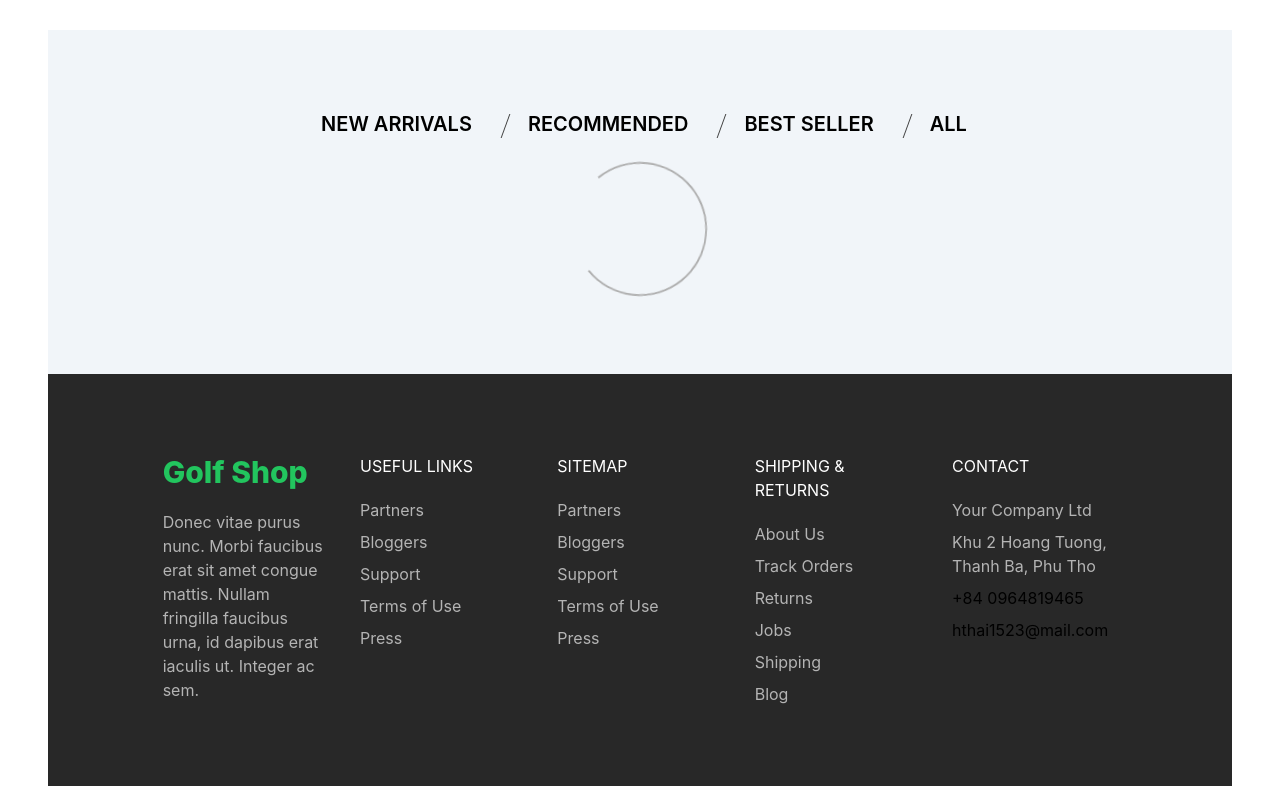
Repository: hthai1523/ecommerce-website
Page: /
The author's editor kept a copy of each file at every save. The page is drawn from the files as they stood at one save, then again after the next save.
The browser window is 1280 px wide. The pictures show the part of the page from y = 2578 to 3364 px (the page is 3364 px tall).
The page's requests for data from a server got no answer. The project was rebuilt for these pictures with package versions that can differ from the ones it lists, and the page was loaded fresh each time. No one was signed in, and anything a server would have sent is missing. Also part of the build but not shown: src/components/Card/index.jsx, src/components/ProductItem/index.jsx, src/components/ProductItemSearch/index.jsx, src/components/Popper/Menu/MenuItem.jsx, src/components/Popper/Menu/Header.jsx, src/components/Popper/Menu/index.jsx, src/components/Layout/LoginLayout/index.jsx, src/components/Layout/RegisterLayout/index.jsx and 15 more. Imported but missing from the stored project, and not drawn on this page: src/components/Layout/components/BlogFeaturePosts.

Above is the page before, as saved 2024-06-06 15:27:55.

### public/index.html
<!DOCTYPE html>
<html lang="en">
  <head>
    <meta charset="utf-8" />
    <link rel="icon" href="%PUBLIC_URL%/favicon.ico" />
    <meta name="viewport" content="width=device-width, initial-scale=1" />
    <meta name="theme-color" content="#000000" />
    <meta
      name="description"
      content="Web site created using create-react-app"
    />
    <link rel="apple-touch-icon" href="%PUBLIC_URL%/logo192.png" />
    <!--
      manifest.json provides metadata used when your web app is installed on a
      user's mobile device or desktop. See https://developers.google.com/web/fundamentals/web-app-manifest/
    -->
    <link rel="manifest" href="%PUBLIC_URL%/manifest.json" />
    <!--
      Notice the use of %PUBLIC_URL% in the tags above.
      It will be replaced with the URL of the `public` folder during the build.
      Only files inside the `public` folder can be referenced from the HTML.

      Unlike "/favicon.ico" or "favicon.ico", "%PUBLIC_URL%/favicon.ico" will
      work correctly both with client-side routing and a non-root public URL.
      Learn how to configure a non-root public URL by running `npm run build`.
    -->
    <title>Golf Ecommerce</title>
  </head>
  <body>
    <noscript>You need to enable JavaScript to run this app.</noscript>
    <div id="root"></div>
    <!--
      This HTML file is a template.
      If you open it directly in the browser, you will see an empty page.

      You can add webfonts, meta tags, or analytics to this file.
      The build step will place the bundled scripts into the <body> tag.

      To begin the development, run `npm start` or `yarn start`.
      To create a production bundle, use `npm run build` or `yarn build`.
    -->
  </body>
</html>

### src/App.jsx
import React, {Fragment} from "react";
import { BrowserRouter as Router, Routes, Route } from "react-router-dom";
import {publicRoutes} from './routes'
import {DefaultLayout} from './components/Layout';

import {AuthProvider} from './contexts/authContext';
import {CartProvider} from './contexts/CartContext';

function App() {
  return (
    <AuthProvider>
      <CartProvider>
      <Router>
        <div>
          <Routes>
          {publicRoutes.map((route, index) => {
                          const Page = route.component;
                          let Layout = DefaultLayout;

                          if (route.layout) {
                              Layout = route.layout;
                          } else if (route.layout === null) {
                              Layout = Fragment;
                          }

                          return (
                              <Route
                                  key={index}
                                  path={route.path}
                                  element={
                                      <Layout>
                                          <Page />
                                      </Layout>
                                  }
                              />
                          );
                      })}
          </Routes>
        </div>
      </Router>
      </CartProvider>
    </AuthProvider>
  )
}

export default App;

### src/index.css
@tailwind base;
@tailwind components;
@tailwind utilities;

@import url("https://fonts.googleapis.com/css2?family=Inter:wght@100..900&family=Noto+Sans:ital@0;1&display=swap");

:root {
  --search-button-width: 66px;
  --search-height: 45px;
  --search-top-space: 8px;
}

body {
  background-color: #fff;
  font-family: "Inter", sans-serif;
  scroll-behavior: smooth;
}

.bg-primary-color {
  @apply bg-gradient-to-br from-green-400 to-[#c6dad0];
}

.green-primary-color {
  @apply bg-gradient-to-b from-white to-[#008000] bg-clip-text font-bold text-transparent;
}

button,
input,
[tabindex] {
  outline: none;
  border: none;
}

a[href] {
  color: #000;
  text-decoration: none;
}

hr{
  max-width: 100%;
  width: 90%;
  border: 1px solid #000;
  color: red;
}



.search {
  width: 360px;
  height: 45px;
  background-color: #1618230f;
  border-radius: 24px;
  padding-left: 16px;
  display: flex;
  position: relative;
  border: 1.5px solid transparent;
}

.search:focus-within {
  border-color: #16182333;
}

.search::after {
  content: "";
  display: block;
  position: absolute;
  right: var(--search-button-width);
  background-color: rgba(22, 24, 35, 0.12);
  width: 0.83px;
  height: calc(var(--search-height) - 18px);
  top: var(--search-top-space);
}

.search input:not(:placeholder-shown) ~ .search-btn {
  color: #60616a;
}

.loading {
  animation: spinner 0.8s linear infinite;
}

@keyframes spinner {
  from {
      transform: translateY(-50%) rotate(0);
  }

  to {
      transform: translateY(-50%) rotate(360deg);
  }
}

### src/routes/index.jsx
import routesConfig from ".././config/route";

// Header only

import Home from ".././pages/Home";
import Login from ".././pages/Login";
import Register from ".././pages/Register";
import Product from ".././pages/Product";
import Blog from ".././pages/Blog";
import About from ".././pages/About";
import ProductDetail from '.././pages/ProductDetail';
import Cart from '.././pages/Cart';

import ProductListLayout from "../components/Layout/ProductListLayout";


const publicRoutes = [
  { path: routesConfig.home, component: Home },
  { path: '/ecommerce-website', component: Home },
  { path: routesConfig.product, component: Product, layout: ProductListLayout },
  { path: routesConfig.blog, component: Blog },
  { path: routesConfig.about, component: About },
  { path: routesConfig.productDetail, component: ProductDetail },
  { path: routesConfig.cart, component: Cart },
  { path: routesConfig.login, component: Login ,  layout: null },
  { path: routesConfig.register, component: Register, layout: null },
];

const privateRoutes = [];

export { publicRoutes, privateRoutes };

### src/components/Layout/index.jsx
export {default as DefaultLayout} from './DefaultLayout'
export {default as LoginLayout} from './LoginLayout'
export {default as RegisterLayout} from './RegisterLayout'

### src/contexts/authContext/index.jsx
import React, { useEffect, useState, useContext } from "react";
import { auth } from "../../Firebase/Firebase.js";
import { onAuthStateChanged } from "firebase/auth";

const AuthContext = React.createContext();

export function useAuth() {
  return useContext(AuthContext);
}

export function AuthProvider({ children }) {
  const [currentUser, setCurrentUser] = useState(null);
  const [userLoggedIn, setUserLoggedIn] = useState(false);
  const [loading, setLoading] = useState(true);

  useEffect(() => {
    const unsubcribe = onAuthStateChanged(auth, initializeUser);

    return unsubcribe;
  }, []);

  async function initializeUser(user) {
    if (user) {
      setCurrentUser({ ...user });
      setUserLoggedIn(true);
    } else {
      setCurrentUser(null);
      setUserLoggedIn(false);
    }
    setLoading(false);
  }

  const value = {
    currentUser,
    userLoggedIn,
    loading,
  };

  return (
    <AuthContext.Provider value={value}>
      {!loading && children}
    </AuthContext.Provider>
  );
}

### src/config/route.jsx
const routes = {
    home: '/',
    login: '/login',
    register: '/register',
    product: '/product',
    blog: '/blog',
    about: '/about',
    productDetail: '/productDetail/:id',
    cart: '/cart',
}

export default routes;

### src/pages/Home/index.jsx
import { memo } from "react";
import Content from "../../components/Layout/components/Content";
import Slider from "../../components/Slider";
import { MotionDiv } from "../../lib/framer";
function Home() {

  (function () {
    window.scrollTo(0, 0);
  })();

  return (
    <>
      <MotionDiv initial={{ opacity: 0, y: 40 }} animate={{ opacity: 1, y: 0 }}>
        <Slider />
        <Content />
      </MotionDiv>
    </>
  );
}

export default memo(Home);

### src/components/Layout/DefaultLayout/index.jsx
import React from "react";
import Header from "../components/Header";
import { MotionDiv } from "../../../lib/framer";
import { motion } from "framer-motion";
import Footer from "../components/Footer";
function DefaultLayout({ children }) {
  return (
    <div className="flex flex-col items-center justify-center px-12 pt-7 overflow-y-auto">
      <Header />
      <div className="w-full">
        <MotionDiv
          initial={{ opacity: 0, y: 40 }}
          animate={{ opacity: 1, y: 0 }}
        >
          {children}
        </MotionDiv>
      </div>
      <Footer />
    </div>
  );
}

export default DefaultLayout;

### src/components/Layout/components/Content/index.jsx
import Arrivals from "../Arrivals";
import Blog from "../Blog";
import PreProduct from "../PreProduct";

function Content() {
  return (
    <>
      <Arrivals />
      <Blog />
      <PreProduct />
    </>
  );
}

export default Content;

### src/components/Slider/index.jsx
import React, { useEffect, useState, useRef, memo } from "react";
import { BsChevronCompactLeft, BsChevronCompactRight } from "react-icons/bs";
import { RxDotFilled } from "react-icons/rx";
import image from "../../assets";  // Assuming image imports are correct.

function Slider() {
  const slides = [
    { url: image.slide2 },
    { url: image.slide1 },
    { url: image.slide4 },
    { url: image.slide5 },
    { url: image.slide3 },
  ];

  const [currentIndex, setCurrentIndex] = useState(0);
  const timeoutRef = useRef(null);

  useEffect(() => {
    const nextSlide = () => {
      setCurrentIndex((prevIndex) => (prevIndex === slides.length - 1 ? 0 : prevIndex + 1));
    };
    timeoutRef.current = setTimeout(nextSlide, 4000);

    return () => clearTimeout(timeoutRef.current);
  }, [currentIndex, slides.length]);

  const prevSlide = () => {
    setCurrentIndex((prevIndex) => (prevIndex === 0 ? slides.length - 1 : prevIndex - 1));
  };

  const nextSlide = () => {
    setCurrentIndex((prevIndex) => (prevIndex === slides.length - 1 ? 0 : prevIndex + 1));
  };

  const goToSlide = (index) => {
    setCurrentIndex(index);
  };

  return (
    <div className="w-full h-[500px] md:h-[700px] lg:h-[1000px] py-16 relative top-3">
      <div
        style={{ backgroundImage: `url(${slides[currentIndex].url})` }}
        className="w-full h-full bg-center bg-contain bg-no-repeat md:bg-cover lg:bg-cover duration-500 group-hover:block"
      ></div>

      {/* Left arrow */}
      <div
        className="hidden group-hover:block absolute top-1/2 left-5 transform -translate-y-1/2 text-2xl rounded-full p-2 bg-black/20 text-white cursor-pointer"
        onClick={prevSlide}
      >
        <BsChevronCompactLeft size={30} />
      </div>

      {/* Right arrow */}
      <div
        className="hidden group-hover:block absolute top-1/2 right-5 transform -translate-y-1/2 text-2xl rounded-full p-2 bg-black/20 text-white cursor-pointer"
        onClick={nextSlide}
      >
        <BsChevronCompactRight size={30} />
      </div>

      {/* Dots navigation */}
      <div className="flex justify-center py-2">
        {slides.map((_, index) => (
          <div
            key={index}
            onClick={() => goToSlide(index)}
            className={`text-2xl cursor-pointer ${index === currentIndex ? 'text-black' : 'text-gray-400'}`}
          >
            <RxDotFilled />
          </div>
        ))}
      </div>
    </div>
  );
}

export default memo(Slider);

### src/components/Layout/components/Footer/index.jsx
import { Link } from "react-router-dom";
import routeConfig from "../../../../config/route";

function Footer() {
  return (
    <section className="bg-[rgb(40,40,40)] w-full pt-20 pb-10">
      <div className="container mx-auto flex flex-wrap justify-center">
        <div className="w-full lg:w-2/12 md:w-4/12 sm:w-6/12 px-4 mb-10 space-y-5">
          <Link to={routeConfig.home}>
            <div className="text-left text-3xl font-extrabold text-green-500">
              <h1>Golf Shop</h1>
            </div>
          </Link>
          <p className="text-[#b4b4b4]">
            Donec vitae purus nunc. Morbi faucibus erat sit amet congue mattis.
            Nullam fringilla faucibus urna, id dapibus erat iaculis ut. Integer
            ac sem.
          </p>
        </div>
        <div className="w-full lg:w-2/12 md:w-4/12 sm:w-6/12 px-4 mb-10 space-y-5">
          <h6 className="text-white uppercase">Useful Links</h6>
          <ul className="text-[#b4b4b4] space-y-2">
            <li>Partners</li>
            <li>Bloggers</li>
            <li>Support</li>
            <li>Terms of Use</li>
            <li>Press</li>
          </ul>
        </div>
        <div className="w-full lg:w-2/12 md:w-4/12 sm:w-6/12 px-4 mb-10 space-y-5">
          <h6 className="text-white uppercase">Sitemap</h6>
          <ul className="text-[#b4b4b4] space-y-2">
            <li>Partners</li>
            <li>Bloggers</li>
            <li>Support</li>
            <li>Terms of Use</li>
            <li>Press</li>
          </ul>
        </div>
        <div className="w-full lg:w-2/12 md:w-4/12 sm:w-6/12 px-4 mb-10 space-y-5">
          <h6 className="text-white uppercase">Shipping & Returns</h6>
          <ul className="text-[#b4b4b4] space-y-2">
            <li>About Us</li>
            <li>Track Orders</li>
            <li>Returns</li>
            <li>Jobs</li>
            <li>Shipping</li>
            <li>Blog</li>
          </ul>
        </div>
        <div className="w-full lg:w-2/12 md:w-4/12 sm:w-6/12 px-4 mb-10 space-y-5">
          <h6 className="text-white uppercase">Contact</h6>
          <ul className="text-[#b4b4b4] space-y-2">
            <li>Your Company Ltd</li>
            <li className="capitalize">Khu 2 Hoang Tuong, Thanh Ba, Phu Tho</li>
            <li>
              <a className="text-white" href="tel:0964819465">+84 0964819465</a>
            </li>
            <li>
              <a className="text-white" href="mailto:hthai1523@mail.com">hthai1523@mail.com</a>
            </li>
          </ul>
        </div>
      </div>
    </section>
  );
}

export default Footer;

### src/components/Image/index.jsx
import { forwardRef, useState } from 'react';
import images from '../../assets';

const defaultFn = () => {}

const Image = forwardRef(({ src, alt, className, style, fallback: customFallback = images.noImage, children, onClick = defaultFn}, ref) => {
    const [fallback, setFallback] = useState('');

    const handleError = () => {
        setFallback(customFallback);
    };

    return (
        // eslint-disable-next-line jsx-a11y/alt-text
        <>
            <img
                className={className}
                ref={ref}
                src={fallback || src}
                alt={alt}
                onClick={onClick}
                onError={handleError}
                style={style}
            />
            {children}
        </>
    );
});

export default Image;

### src/components/Button/index.jsx
import { NavLink } from "react-router-dom";

const defaultFN = () => {}

function Button({
  children,
  to,
  href,
  icon = false,
  style,
  onClick = defaultFN ,
  separate = false,
  extraClassName = '',
  isPrimary = false,
  isSecondary = false,
  ...passProps
}) {
  let Comp = "button";

  const props = {
    style,
    ...passProps,
  };

  if (to) {
    props.to = to;
    Comp = NavLink;
  } else if (href) {
    props.href = href;
    Comp = "a";
  }

  return (

      <Comp
        className={`px-6 py-4 bg-transparent cursor-pointer hover:opacity-55 font-semibold text-xl ${extraClassName} `}
        onClick = {onClick}
        {...props}
      >
        {icon && <span className="text-3xl">{icon}</span>}
        {children && <span className="ml-2">{children}</span>}
        {separate && <div className="absolute h-6 w-[1px] right-[-10px] top-5 bg-[#414141] skew-x-[-20deg]  "></div>}
      </Comp>

  );
}

export default Button;

### src/components/Layout/components/Header/index.jsx
import Tippy from "@tippyjs/react";

import Search from "../../../Search";

import { Navigation } from "../Navigation";
import routeConfig from '../../../../config/route';
import { Link } from "react-router-dom";

function Header() {


  return (
    <div className="max-w-[999999px] w-full h-24 fixed z-40 top-0 bg-white/50 backdrop-blur-xl fil px-8  ">
      <div className=" flex items-center justify-between  ">
        <Link
          to={routeConfig.home}
        >
          <div className="w-[210px] px-4  text-left text-3xl font-extrabold green-primary-color"><h1>Gofl Shop</h1></div>
        </Link>

        {/* Search */}
        <Search />

        <Navigation />
      </div>
    </div>
  );
}

export default Header;

### src/components/Layout/components/Arrivals/index.jsx
import { Link } from "react-router-dom";
import Card from "../../../Card";
import { useEffect, useState } from "react";
import { Swiper, SwiperSlide } from "swiper/react";
import { FreeMode, Pagination } from "swiper/modules";
import "swiper/css";
import "swiper/css/pagination";
import "swiper/css/free-mode";
import routeConfig from "../../../../config/route";
import ClipLoader from "react-spinners/ClipLoader";
import getAllProductServices from "../../../../services/getAllProductServices";

function Arrivals() {
  const [products, setProducts] = useState([]);
  const [isLoading, setIsLoading] = useState(false);

  useEffect(() => {
    const fetchData = async () => {
      try {
        setIsLoading(true);
        const rs = await getAllProductServices();
        setProducts(rs.slice(0, 6));
        setIsLoading(false);
      } catch (error) {
        setIsLoading(true);
        console.error(error);
      }
    };

    fetchData();
  }, []);

  return (
    <div className="w-full min-h-[820px] py-16 bg-slate-100 flex flex-col items-center justify-center">
      <h2 className="text-2xl font-bold py-10">NEW ARRIVALS</h2>
      {isLoading ? (
        <ClipLoader
          color={"#ADADAD"}
          loading={isLoading}
          size={150}
          aria-label="Loading Spinner"
          data-testid="loader"
        />
      ) : (
        <Swiper
          breakpoints={{
            340: {
              slidesPerView: 1,
              spaceBetween: 10,
            },
            640: {
              slidesPerView: 2,
              spaceBetween: 15,
            },
            1024: {
              slidesPerView: 4,
              spaceBetween: 7,
            },
          }}
          freeMode={true}
          pagination={{
            clickable: true,
          }}
          modules={[FreeMode, Pagination]}
          className="w-full max-w-[90%] lg:max-w-[80%] px-2"
        >
          {products.map((product) => (
            <SwiperSlide key={product.id}>
              <Card data={product} />
            </SwiperSlide>
          ))}
        </Swiper>
      )}

      <Link to={routeConfig.product}>
        <div className="mt-10 text-center font-medium text-sm cursor-pointer transition-all border-2 border-solid rounded-md border-primary text-primary py-3 px-5 hover:bg-primary hover:text-white">
          <span>View more</span>
        </div>
      </Link>
    </div>
  );
}

export default Arrivals;

### src/components/Layout/components/Blog/index.jsx
import BlogContainer from "../../../BlogContainer";

function Blog() {
  return (
    // just 2 stories per page
    <div className="flex justify-center m-5 w-full">
        <BlogContainer >This is my story</BlogContainer>
        <BlogContainer >This is my story</BlogContainer>
    </div>
  );
}

export default Blog;

### src/components/CategorySelector/index.jsx
import React from "react";
import { FaChevronRight } from "react-icons/fa6";
import { TbShirtSport } from "react-icons/tb";

import { PiBaseballCapDuotone, PiPantsDuotone } from "react-icons/pi";

const dataArray = [
  { icon: <TbShirtSport />, text: "Shirt" },
  { icon: <PiBaseballCapDuotone />, text: "Cap" },
  { icon: <PiPantsDuotone />, text: "Pants" },
  // Add more items to your array as needed
];

export default function CategorySelector() {
  return (
    <div className="py-10 px-[30px] border botder-[#E2E2E2]">
      <div className="border-l-4 border-l-black mb-6">
        <h1 className="font-bold text-xl pl-4 ">Category</h1>
      </div>
      <div className="flex flex-col space-y-4">
        {dataArray.map((item, index) => (
          <div
            className="flex items-center justify-between cursor-pointer hover:bg-[#EEE] p-2 "
            key={index}
          >
            <div className="flex items-center gap-3 text-xl">
              <div className="text-2xl">{item.icon}</div>
              <span className="">{item.text}</span>
            </div>
            <div className="p-3">
              <FaChevronRight />
            </div>
          </div>
        ))}
      </div>
    </div>
  );
}

### src/components/BlogContainer/index.jsx
import Image from "../Image";

function BlogContainer({ children }) {
  return (
        <div className="w-[700px] h-[700px] m-[10px] overflow-hidden cursor-pointer boder border-stone-900 text-center rounded-2xl relative">
          <Image
            className="w-full h-full object-cover "
            src="https://observer.com/wp-content/uploads/sites/2/2019/06/gettyimages-117917908.jpg?resize=970,1310"
            alt="story-1"
          />
           <p className="absolute top-[50%] left-[50%] translate-y-[-50%] translate-x-[-50%] text-6xl text-white font-black " >{children}</p>
        </div>
  );
}

export default BlogContainer;

### src/components/Popper/index.jsx
export {default as Wrapper}from './Wrapper.jsx'

### src/components/Popper/Notice/index.jsx
function Notice({ children }) {
  return (
    <span className="absolute r-0 top-5 rounded-[50%] bg-primary-color text-emerald-700 text-center font-medium p-1 cursor-pointer">
      {children}
    </span>
  );
}

export default Notice;

### src/components/Popper/Wrapper.jsx
function Wrapper({children, className = ''}) {
    return (
        <div className="flex flex-col w-full rounded-[8px] min-h-100 bg-white pt-2 shadow-2xl overflow-hidden"
        style={{ maxHeight: "calc(-156px + 100vh)", maxWidth: "760px" }}>
            {children}
        </div>
     );
}

export default Wrapper;

Loaded but not shown: src/reportWebVitals.js (common file); src/lib/framer.js (common file); src/contexts/CartContext.js (66 lines, source omitted); src/Firebase/auth.js (43 lines, source omitted); src/Firebase/Firebase.js (18 lines, source omitted); src/index.js (16 lines, source omitted); src/hooks/useDebounce.js (16 lines, source omitted); tailwind.config.js (17 lines, source omitted); src/assets/index.js (10 lines, source omitted); src/services/searchServices.js (15 lines, source omitted); src/services/getAllProductServices.js (13 lines, source omitted); src/function/index.js (4 lines, source omitted); src/function/formatCurrentcy.js (8 lines, source omitted); src/function/sortProductDate.js (7 lines, source omitted); src/function/sortProductCount.js (5 lines, source omitted); src/function/sortProductRate.js (5 lines, source omitted); src/constant/index.js (5 lines, source omitted); src/hooks/index.js (2 lines, source omitted); src/components/Search/index.jsx (128 lines, source omitted); src/components/Layout/components/Navigation/index.jsx (120 lines, source omitted); src/components/Layout/components/PreProduct/index.jsx (106 lines, source omitted)

After the next save:
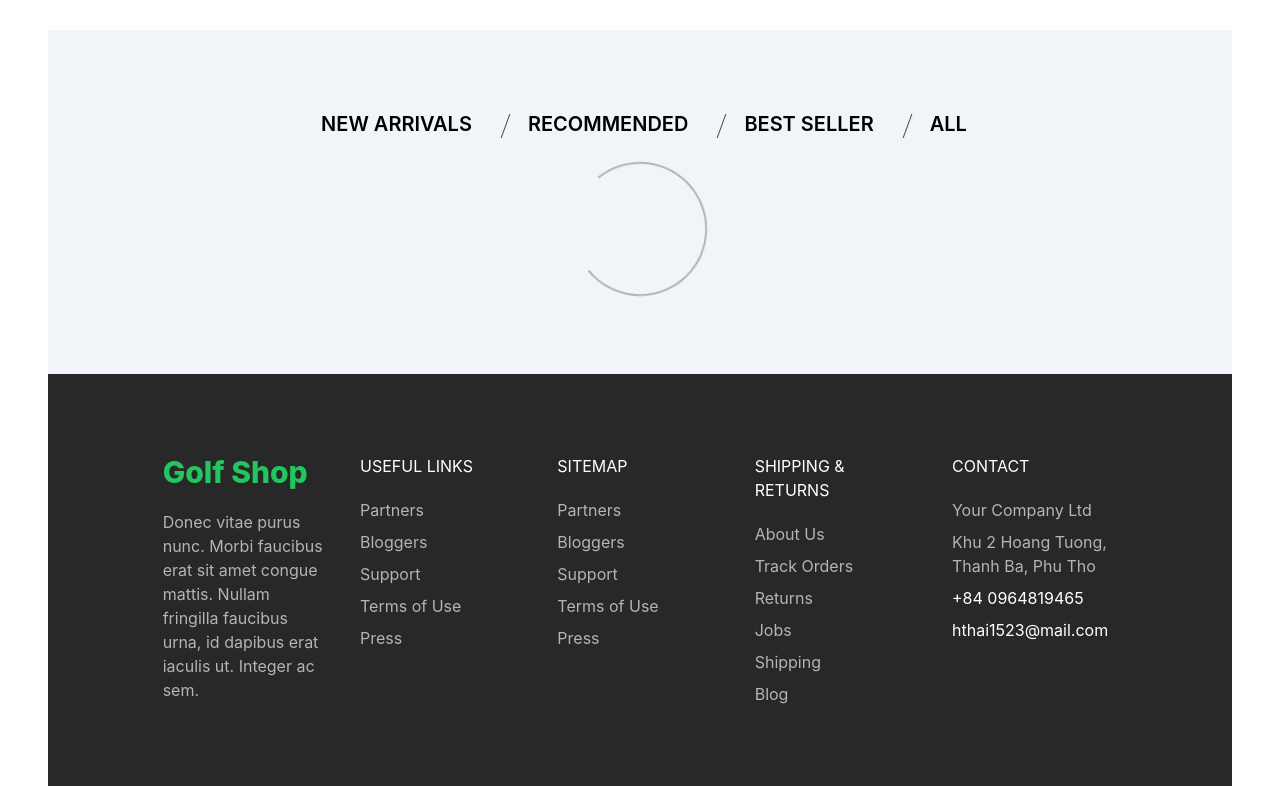
Saved 69 s later.
--- a/src/index.css
+++ b/src/index.css
@@ -32,7 +32,6 @@ input,
 }
 
 a[href] {
-  color: #000;
   text-decoration: none;
 }
 
--- a/src/components/Layout/components/Footer/index.jsx
+++ b/src/components/Layout/components/Footer/index.jsx
@@ -54,10 +54,10 @@ function Footer() {
             <li>Your Company Ltd</li>
             <li className="capitalize">Khu 2 Hoang Tuong, Thanh Ba, Phu Tho</li>
             <li>
-              <a className="text-white" href="tel:0964819465">+84 0964819465</a>
+              <a className="text-white " href="tel:0964819465">+84 0964819465</a>
             </li>
             <li>
-              <a className="text-white" href="mailto:hthai1523@mail.com">hthai1523@mail.com</a>
+              <a className="text-white " href="mailto:hthai1523@mail.com">hthai1523@mail.com</a>
             </li>
           </ul>
         </div>
